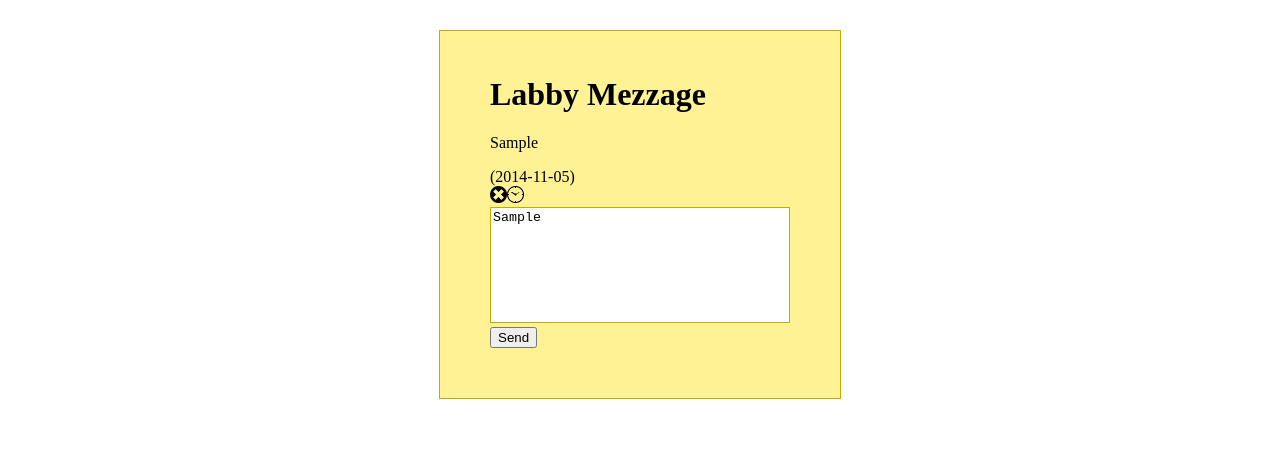
Repository: ml223nw/1dv403-laborationer
Page: 2-labbymezzage/index.html
The author's editor kept a record of every edit. The page is drawn from the files as they stood at one moment, then again after the next edit.
The browser window is 1280 px wide. The pictures show the whole page.
Empty fields were first filled with sample values (such as "Sample", 5 or name@example.com).
After loading, the first visible `#sendButton` was clicked once.

Above is the page before.

After the next edit:
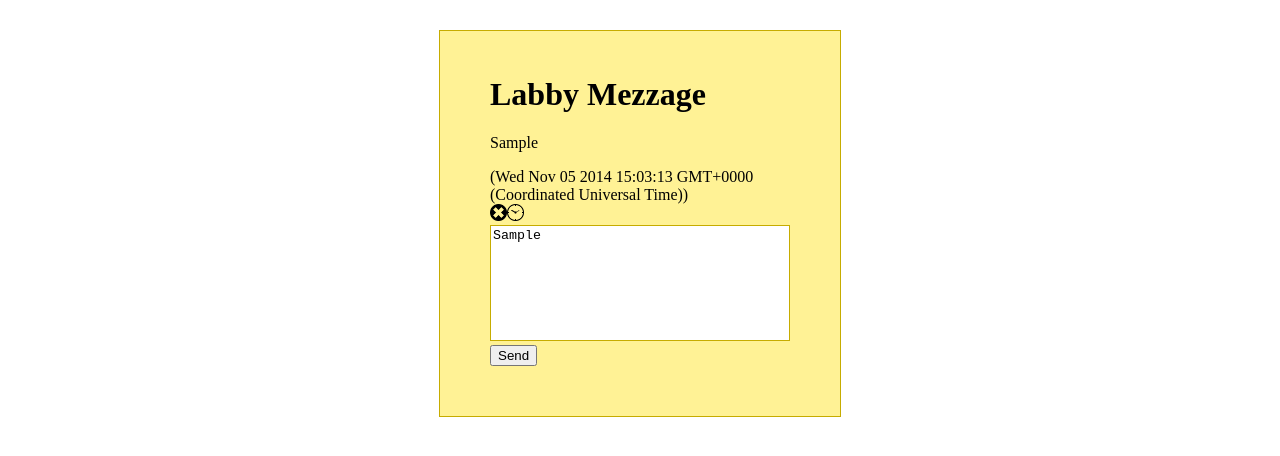
The edit:
--- a/2-labbymezzage/js/messageapp.js
+++ b/2-labbymezzage/js/messageapp.js
@@ -38,8 +38,7 @@
 
         else if (message !== "") {
 
-            mess = new Message(message, new Intl.DateTimeFormat('sv').format(dateFormat));
-            //dateFormat = Date().format(Date);
+            mess = new Message(message, new Date());
             messageApp.messages.push(mess);
             messageApp.renderMessages(messageApp.messages[messageApp.messages.length]);
 
